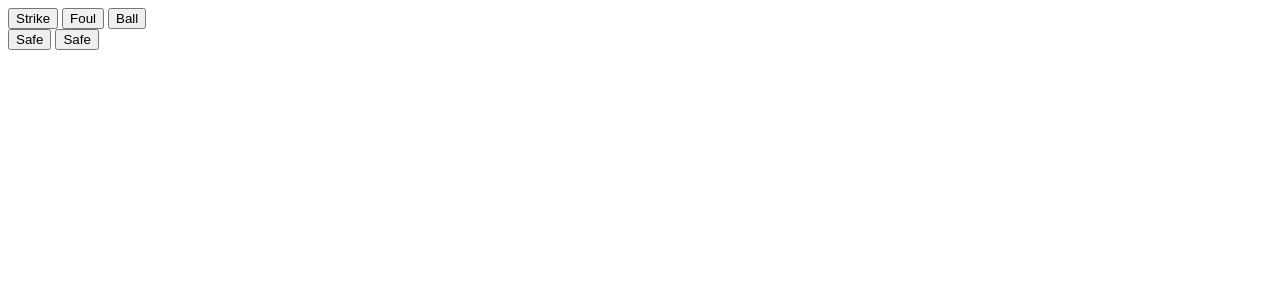
Repository: ohall/kickball_complete
Page: Ref_App/assets/www/index.html
The author's editor kept a copy of each file at every save. The page is drawn from the files as they stood at one save, then again after the next save.
The browser window is 1280 px wide. The pictures show the whole page.

Above is the page before, as saved 2011-11-10 22:08:42.
Console error: TypeError: Cannot set properties of null (setting 'onclick')

### Ref_App/assets/www/index.html
<!DOCTYPE HTML>
<html>
<head>
	<meta charset="utf-8" />
	<title>PhoneGap</title>
	<script type="text/javascript" charset="utf-8" src="ref_app.js"></script>
</head>


<body>

	<div>

		<input type="button" id="strikeButt" value="Strike"/>
		<input type="button" id="foulButt" value="Foul"/>
		<input type="button" id="ballButt" value="Ball"/>
	</div>
	<div >
		<input type="button" id="runnerSafeButt" value="Safe" />
		<input type="button" id="runnerOutButt" value="Safe"/>
	</div>


</body>

</html>

### Ref_App/assets/www/ref_app.js
window.onload = init;

function init(){
    var addButton = document.getElementById("addButton");
    addButton.onclick = hbclick;
}




function hbclick() {

    var textinput = document.getElementById("inputText");
    var itemname = textinput.value;

    var listItem = document.createElement("li");
    listItem.innerHTML = itemname;

    var list = document.getElementById("list");
    list.appendChild(listItem);


}

After the next save:
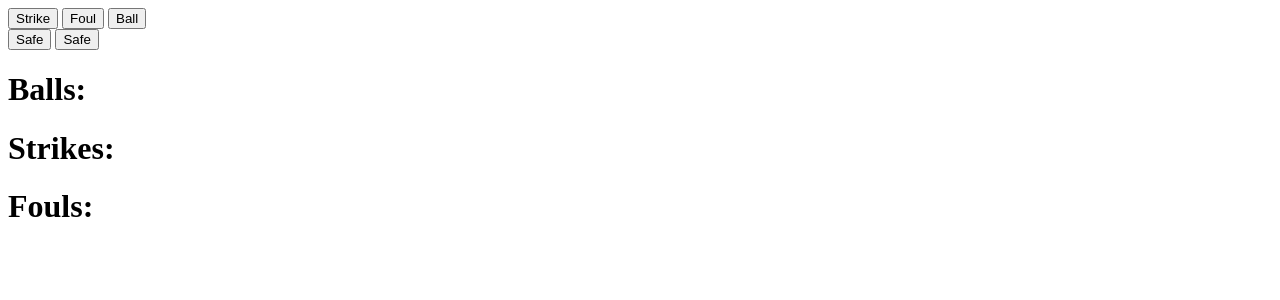
Saved 8 min 2 s later.
--- a/Ref_App/assets/www/index.html
+++ b/Ref_App/assets/www/index.html
@@ -10,7 +10,6 @@
 <body>
 
 	<div>
-
 		<input type="button" id="strikeButt" value="Strike"/>
 		<input type="button" id="foulButt" value="Foul"/>
 		<input type="button" id="ballButt" value="Ball"/>
@@ -19,6 +18,15 @@
 		<input type="button" id="runnerSafeButt" value="Safe" />
 		<input type="button" id="runnerOutButt" value="Safe"/>
 	</div>
+	<div>
+		<h1>Balls: </h1><h1 id="ballsCount"/>
+	</div>
+	<div>
+		<h1>Strikes: </h1><h1 id="strikesCount"/>
+	</div>
+	<div>
+		<h1>Fouls: </h1><h1 id="foulsCount"/>
+	</div>
 
 
 </body>
